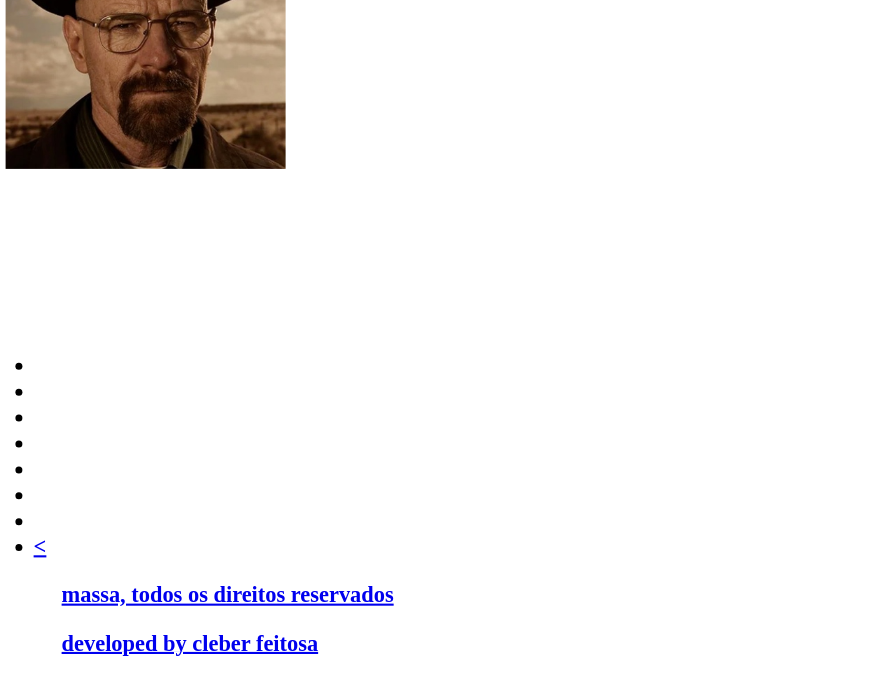
Repository: Luizzsena06/luizzaosena
Page: PASTA/index.html
An editor plug-in stored every save of this project. The page is shown before and after the next save, followed by the edit.
The browser window is 1280 px wide. The pictures show the part of the page from y = 1115 to 3035 px (the page is 2085 px tall before and 4311 px after), at 70% of full size.

Above is the page before, as saved 2024-02-27 17:32:27.
Not found: PASTA/PROJETO SITE/img/gus.jpg
Not found: PASTA/PROJETO SITE/img/hank.jpg
Not found: PASTA/PROJETO SITE/img/jesse.jpg

### PASTA/index.html
<!DOCTYPE html>
<html lang="pt-br">
<head>
    <meta charset="UTF-8">
    <meta name="viewport" content="widht=device-widht, initial-scale=1.0">
    <title> Massa</title>
    </head>
    <body>
        <header>
            <div>
                <img src="/img/logo.png" alt="logo">
          </div>
          <form action="#">
            <input type="email" name="email" placeholder="email">
            <input type="password" name="password" id="password" placeholder="password">
            <button type="submit"> entrar</button>


          </form>
          </header>
      </main>
      <section class=" intro"></section>
         <h1></h1> ajudamos <strong> programadores </strong> a conseguirem seus <strong> primeiro </strong> empregos <h1>>
          <p> mais de 100 mil desesvolvedores ja conseguiram o seu primeiro emprego usando nossa plataforma</p>
          <a herf="#"> Sou programador (a)</a>
          <a herf="#">Somos empresas e estamos contratando</a>
       <sectiion>
         <section class=" languages"></section>
         <h1>linguagens</h1>

        <div class="cards">
          <div class="ruby">ruby</div>
          <div class="Javascript">JavaScript</div>
          <div class="elixir">elixir</div>
          <div class="python">python</div>
          <div class="Go">Go</div>
       </div>
       <section class=" team ">
          <h1> nosso time </h1>
          <div clas="members">
            <div class="walter"><img src="/img/walter.jpg" alt=""/></div><div>
            <div class="members"><img src="PROJETO SITE/img/jesse.jpg" alt=""/></div><div>
            <div class="members"><img src="PROJETO SITE/img/skyler.jpg" alt=""/></div><div>
            <div class="members"><img src="PROJETO SITE/img/hank.jpg" alt=""/></div><div>
            <div class="members"><img src="PROJETO SITE/img/gus.jpg" alt=""/></div><div>
            <div class="members"><img src="PROJETO SITE/img/mike.jpg" alt=""/></div><div>
            <div class="members"><img src="PROJETO SITE/img/saul.jpg" alt=""/></div><div>




            </div>
         </section>
        </main>

      </footer>
      <ul>
        <li><a href="#"politica de privacidade</a><li>
        <li><a href="#"carreia</a><li>
        <li><a href="#"lindkendin</a><li>
        <li><a href="#"youtub</a></li>
        <li><a href="#"facebook</a><</li>
       <ul>
        <p> massa, todos os direitos reservados</p>
        <p>developed by cleber feitosa </p>

          </body>
</html>

After the next save:
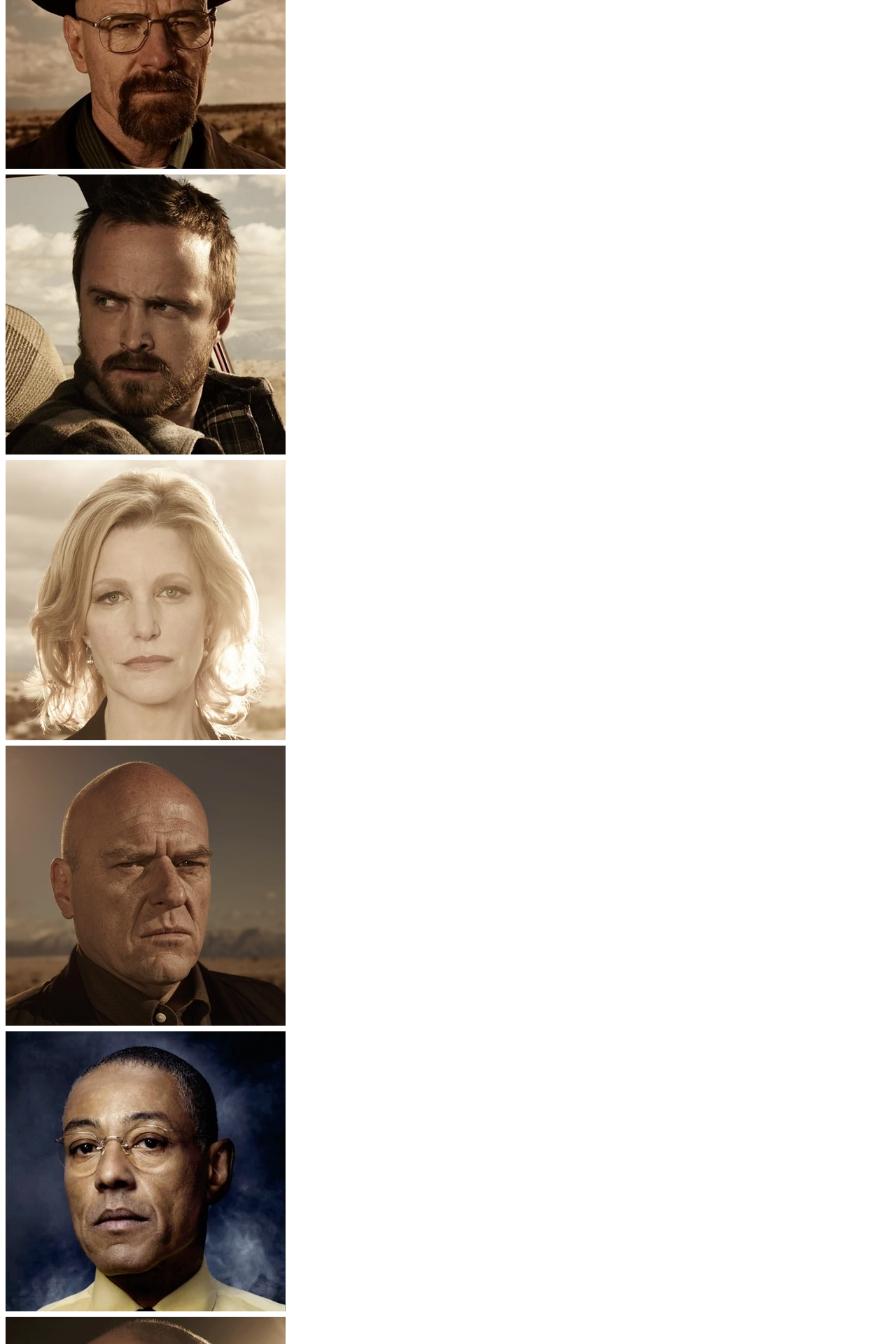
Saved 49 s later.
--- a/PASTA/index.html
+++ b/PASTA/index.html
@@ -39,12 +39,12 @@
           <h1> nosso time </h1>
           <div clas="members">
             <div class="walter"><img src="/img/walter.jpg" alt=""/></div><div>
-            <div class="members"><img src="PROJETO SITE/img/jesse.jpg" alt=""/></div><div>
-            <div class="members"><img src="PROJETO SITE/img/skyler.jpg" alt=""/></div><div>
-            <div class="members"><img src="PROJETO SITE/img/hank.jpg" alt=""/></div><div>
-            <div class="members"><img src="PROJETO SITE/img/gus.jpg" alt=""/></div><div>
-            <div class="members"><img src="PROJETO SITE/img/mike.jpg" alt=""/></div><div>
-            <div class="members"><img src="PROJETO SITE/img/saul.jpg" alt=""/></div><div>
+            <div class="members"><img src="/img/jesse.jpg" alt=""/></div><div>
+            <div class="members"><img src="/img/skyler.jpg" alt=""/></div><div>
+            <div class="members"><img src="/img/hank.jpg" alt=""/></div><div>
+            <div class="members"><img src="/img/gus.jpg" alt=""/></div><div>
+            <div class="members"><img src="/img/mike.jpg" alt=""/></div><div>
+            <div class="members"><img src="/img/saul.jpg" alt=""/></div><div>
 
 
 
